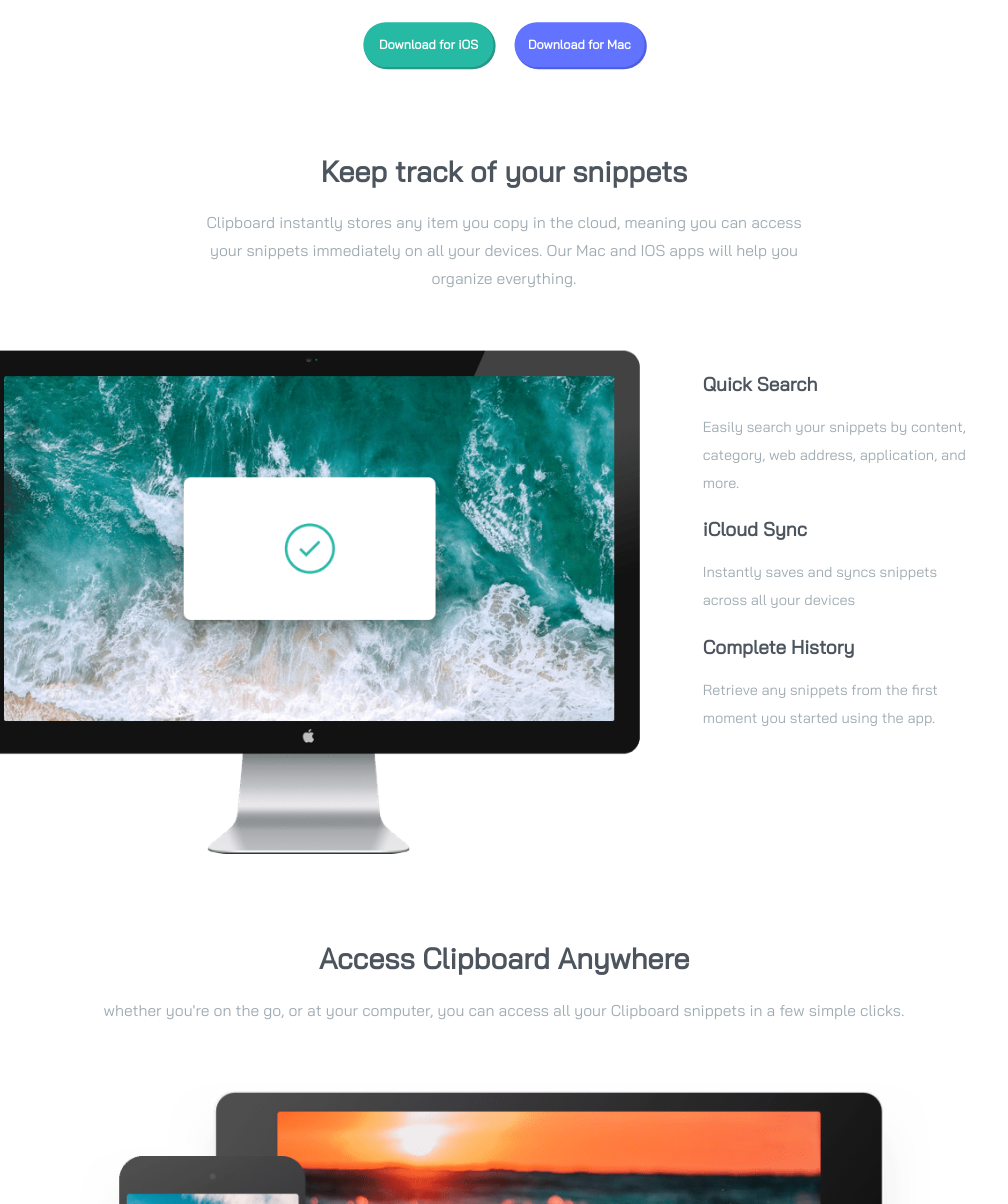
Repository: mikempho/Clipboard-landing-page
Page: index.html
These files come from the project's save history. The page is drawn as it stood at one moment and after the next save; the edit follows.
The browser window is 1440 px wide. The pictures show the part of the page from y = 547 to 2267 px (the page is 5924 px tall), at 70% of full size.

Above is the page before, as saved 2022-04-12 08:16:17.

### index.html
<!DOCTYPE html>
<html lang="en">
  <head>
    <meta charset="UTF-8">
    <meta name="viewport" content="width=device-width, initial-scale=1.0"> <!-- displays site properly based on user's device -->

    <link rel="icon" type="image/png" sizes="32x32" href="./images/favicon-32x32.png">
    <link rel="stylesheet" href="/css/style.css">

    <title>Frontend Mentor | Clipboard landing page</title>

  </head>
  <body>
    <header class="header">
      <img class="logo" src="/images/logo.svg" alt="">
    </header>
    <main>
      <section class="hero">
        <h1>A history of  everything you copy</h1>
        <p>Clipboard allows you to track and organize everything you copy, instantly access your clipboard on all your devices.</p>
        <div class="buttons">
          <a class="iOS-btn" href="#">Download for iOS</a>
          <a class="mac-btn" href="#">Download for Mac</a>
        </div>
      </section>
      <section class="section-1">
        <h2 class="desktop-pad">Keep track of your  snippets</h2>
        <p class="desktop-pad">Clipboard instantly stores any item you copy in the cloud, meaning you can access your snippets immediately on all your devices. Our Mac and IOS apps will help you organize everything.</p>
        <div class="features">
          <img class="feature-img" src="/images/image-computer.png" alt="desktop-screen">
          <ul class="list-of-features">
            <li>
              <h3>Quick Search</h3>
              <p>Easily search your snippets by content, category, web address, application, and more.</p>
            </li>
            <li>
              <h3>iCloud Sync</h3>
              <p>Instantly saves and syncs snippets across all your devices</p>
            </li>
            <li>
              <h3>Complete History</h3>
              <p>Retrieve any snippets from the first moment you started using the app.</p>
            </li>
          </ul>
        </div>
      </section>
      <section class="section-2">
        <h2>Access Clipboard Anywhere</h2>
        <p>whether you're on the go, or at your computer, you can access all your Clipboard snippets in a few simple clicks.</p>
        <img class="mobile-tablet-screen" src="/images/image-devices.png" alt="mobile-tablet-screen">
      </section>
      <section class="section-3">
        <h2>Supercharge your  workflow</h2>
        <p>We've got the tools to boost your productivity.</p>
        <div>
          <ul class="list-of-features">
            <li>
              <img class="feature-icons" src="/images/icon-blacklist.svg" alt="paper-img">
              <h3>Create blacklists</h3>
              <p>Ensure sensitive information never makes its way to your clipboard by excluding certain sources.</p>
            </li>
            <li>
              <img class="feature-icons" src="/images/icon-text.svg" alt="AI-logo-img">
              <h3>Plain text snippets</h3>
              <p>Remove unwanted formatting from copied text for a consistent look.</p>
            </li>
            <li>
              <img class="feature-icons" src="/images/icon-preview.svg" alt="eye-img">
              <h3>Sneak preview</h3>
              <p>Quick preview of all snippets on your Clipboard for easy access.</p>
            </li>
          </ul>
        </div>
      </section>
      <section class="section-4">
        <ul class="company-logos">
          <li><img src="/images/logo-google.png" alt="google-logo"></li>
          <li><img src="/images/logo-ibm.png" alt="IBM-logo"></li>
          <li><img src="/images/logo-microsoft.png" alt="microsoft-logo"></li>
          <li><img src="/images/logo-hp.png" alt="hewlett-packard-enterprise-logo"></li>
          <li><img src="/images/logo-vector-graphics.png" alt="vector-graphics-logo"></li>
        </ul>
      </section>
      <section class="section-5">
        <h2>Clipboard for iOS and Mac OS</h2>
        <p>Available for free on the App store. Download for Mac or iOS, sync with iCloud and you're ready to start adding to your clipboard.</p>
        <div class="buttons">
          <a class="iOS-btn" href="">Download for iOS</a>
          <a class="mac-btn" href="">Download for Mac</a>
        </div>
      </section>
    </main>

    <footer>
      <div class="footer">
        <img class="footer-logo" src="/images/logo.svg" alt="logo">
        <ul class="footer-menu">
          <li><a href="#">FAQs</a></li>
          <li><a href="#">Contact Us</a></li>
          <li><a href="#">Privacy Policy</a></li>
          <li><a href="#">Press Kit</a></li>
          <li><a href="#">Install Guide</a></li>
        </ul>
        <ul class="social-links">
          <li><a href="https://www.facebook.com" target="_blank"><img src="/images/icon-facebook.svg" alt=""></a></li>
          <li><a href="https://www.twitter.com" target="_blank"><img src="/images/icon-twitter.svg" alt=""></a></li>
          <li><a href="https://www.instagram.com" target="_blank"><img src="/images/icon-instagram.svg" alt=""></a></li>
        </ul>
      </div>
      <p class="attribution">
        Challenge by <a href="https://www.frontendmentor.io?ref=challenge" target="_blank">Frontend Mentor</a>.
        Coded by <a href="#">Mike Matseane</a>.
      </p>
    </footer>
  </body>
</html>

### css/style.css
/* Mobile styling */

/* Universal styling */
body {
    margin: 0;
    padding: 0;
    text-align: center;
    Font-size: 18px;
    font-family: Bai-Jamjuree;
    line-height: 40px;
}

* {
    list-style: none;
    text-decoration: none;
}

:root {
    /* Primary colors */
    --Strong-Cyan: hsl(171, 66%, 44%);
    --Light-Blue: hsl(233, 100%, 69%);
    /* Neutral colors */
    --Dark-Grayish-Blue: hsl(210, 10%, 33%);
    --Grayish-Blue: hsl(201, 11%, 66%);
    /* Spacing */
    --container-padding: 4%;
}

@font-face {
    font-family: Bai-Jamjuree;
    src: url(/Assets/Fonts/Bai_Jamjuree/BaiJamjuree-Regular.ttf);
}

h1, h2, h3{
    color: var(--Dark-Grayish-Blue);
}

p {
    color: var(--Grayish-Blue);
}

/* header section */

.header {
    background-image: url(/images/bg-header-mobile.png);
    background-repeat: no-repeat;
    background-size: cover;
}

.logo {
    margin: 8rem 0 5rem 0;
}

/* hero section */
.hero, .section-5{
    padding-left: var(--container-padding);
    padding-right: var(--container-padding);
    margin-bottom: 8rem;
}

.buttons{
    margin-top: 2rem;
}
.buttons a {
    display: inline-block;
    padding: 12px 15px;
    width: 92%;
    margin: 12px 0;
    color: white;
    border-radius: 50px;
    font-weight: 600;
}

.iOS-btn {
    background-color: var(--Strong-Cyan);
    box-shadow: 2px 2px 0px 1px rgba(17, 140, 122, 0.9);

}

.mac-btn {
    background-color: var(--Light-Blue);
    box-shadow: 2px 2px 0px 1px rgba(37, 58, 216, 0.81);

}

/* Section-1 */

.section-1 {
    padding-left: var(--container-padding);
    padding-right: var(--container-padding);
    margin-bottom: 8rem;
}

.feature-img, .mobile-tablet-screen {
    margin-top: 60px;
    width: 92%;
}

/* Section-2 */

.section-2 {
    padding-left: var(--container-padding);
    padding-right: var(--container-padding);    margin-bottom: 8rem;
}

/* Section-3 */
.section-3 {
    padding-left: var(--container-padding);
    padding-right: var(--container-padding);
    margin-bottom: 8rem;
}

.feature-icons {
    margin-top: 30px;
}

.list-of-features {
    margin-top: 60px;
    padding: 0%;
}

/* Section 4 */

.section-4 {
    margin-bottom: 8rem;
}

.company-logos{
    padding:0%;
}

.company-logos li {
    padding-top: 50px;
}

/* footer section */
.footer {
    background-color: rgb(244, 244, 244);
    padding-top: 60px;
}

.footer-logo {
    width: 15%;
}

.footer-menu, .social-links {
    padding: 0;
    margin-bottom: 30px;
    font-weight: 600;
}

.footer-menu li {
    padding-top: 25px;
}

.social-links {
    display: flex;
    justify-content: center;
    align-items: center;
    margin: 0%;
}

.footer-menu a {
    color: var(--Grayish-Blue);
}

.social-links li {
    padding: 10px 20px 40px 20px;
}

.attribution a {
    color: aliceblue;
}

.attribution {
    margin: 0%;
    color: aliceblue;
    background-color: var(--Dark-Grayish-Blue);
    padding: 1rem 0;
}

/* Responsive - Desktop Styling */

@media (min-width: 1440px) {
    :root {
        --desktop-container: 23%;
    }

    h1{
        font-size: 3rem;
    }

    h2 {
        font-size: 2.6rem;
    }

    h3{
        font-size: 2rem;
    }

    p {
        font-size: 1.4rem;
    }
    /* header section */
    .header {
        background-image: url(/images/bg-header-desktop.png);
    }

    /* hero section */
    .hero, .section-5 {
        padding-left: var(--desktop-container);
        padding-right: var(--desktop-container);
    }

    .buttons {
        display: flex;
        justify-content: center;
    }

    .buttons a {
        width: 20%;
        margin: 0 15px;
    }

    /* section 1 */
    .section-1 .desktop-pad {
        padding: 0 17%;
    }

    .features {
        display: flex;
        font-size: 0.1rem;
    }

    .feature-img {
        position: relative;
        right: 90px;
        width: 100%;
    }

    .list-of-features {
        text-align: left;
        width: 40%;
    }

    .list-of-features h3 {
        font-size: 1.7rem;
        padding: 0%;
        margin-bottom: 0px;
    }
    .list-of-features p {
        font-size: 1.3rem;
        padding: 0%;
        margin-bottom: 0px;
    }
}

After the next save:
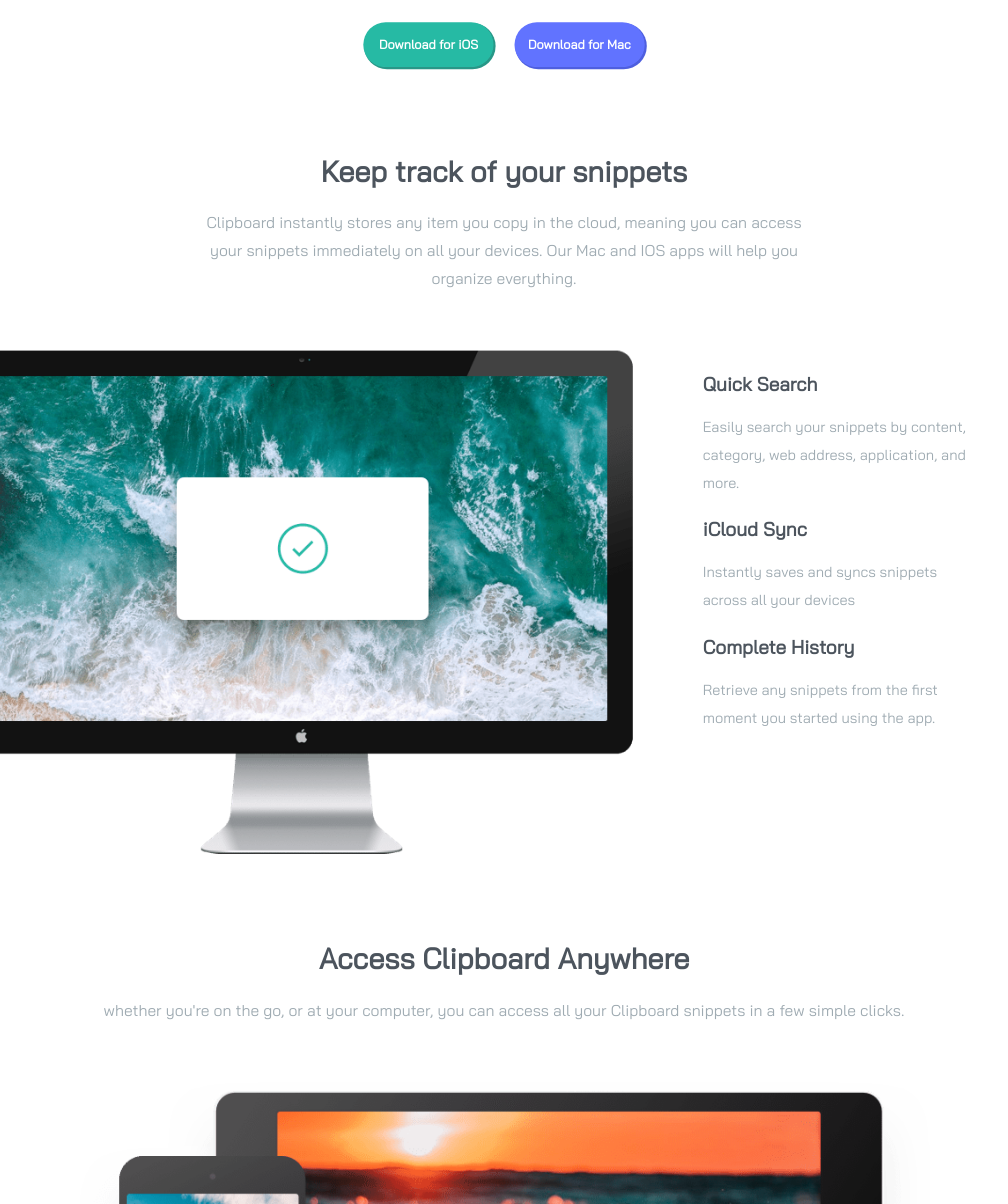
Saved 17 s later.
--- a/css/style.css
+++ b/css/style.css
@@ -234,7 +234,7 @@
 
     .feature-img {
         position: relative;
-        right: 90px;
+        right: 100px;
         width: 100%;
     }
 

After the save that followed:
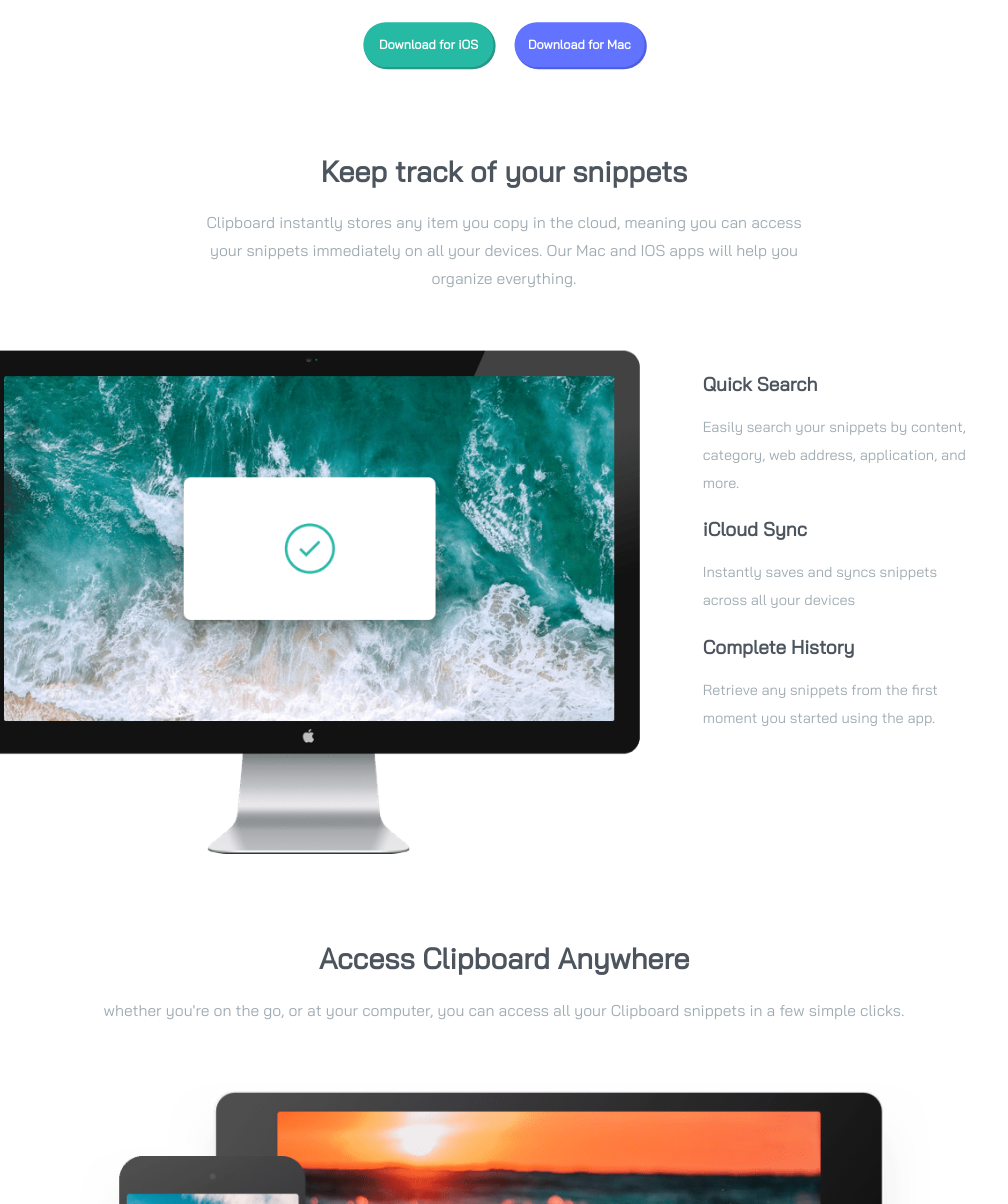
Saved 5 s later.
--- a/css/style.css
+++ b/css/style.css
@@ -234,7 +234,7 @@
 
     .feature-img {
         position: relative;
-        right: 100px;
+        right: 90px;
         width: 100%;
     }
 
